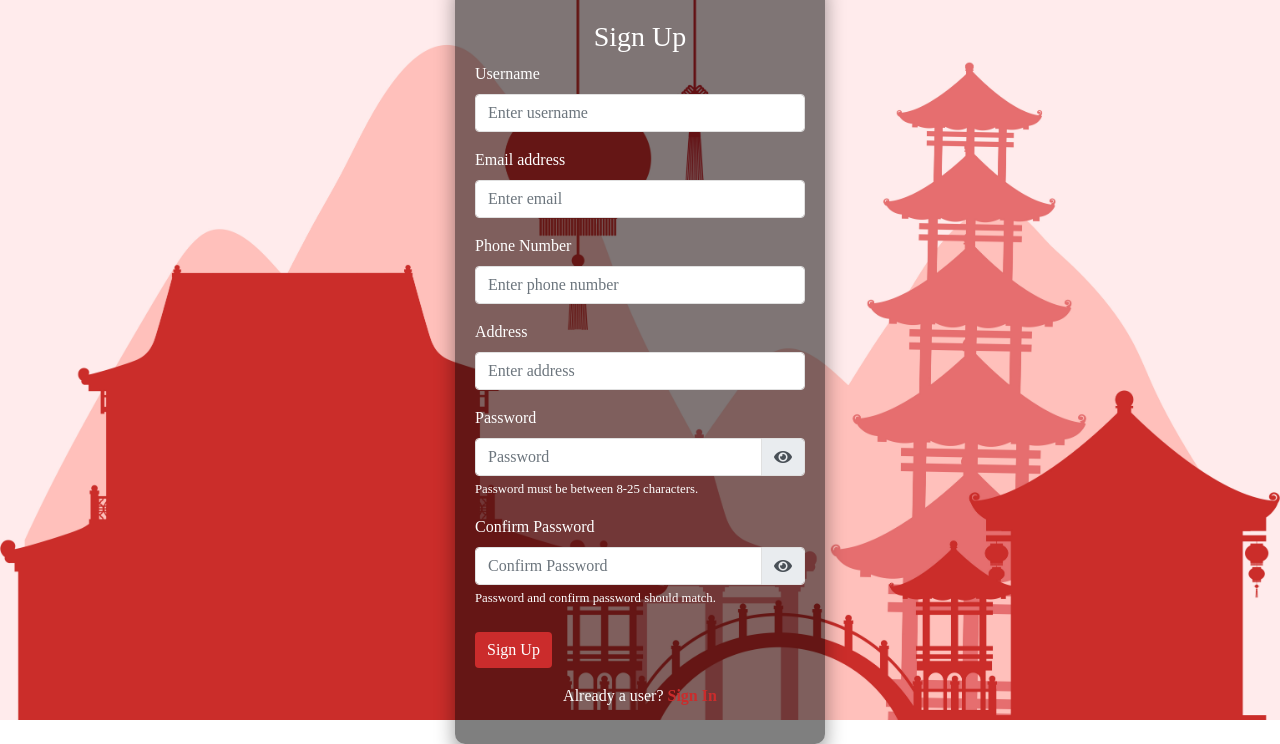
Repository: KARUPPAIYA77/Royal-Kitchen
Page: http://localhost/RoyalKitchen/signUp.jsp
The author's editor kept a copy of each file at every save. The page is drawn from the files as they stood at one save, then again after the next save.
The browser window is 1280 px wide. The pictures show the whole page.
Some web libraries are served in a nearby version. The page is served by Tomcat 9. Other server files are loaded and not shown.

Above is the page before, as saved 2025-03-04 07:01:30.

### RoyalKitchen/src/main/webapp/signUp.jsp

<%@ page contentType="text/html;charset=UTF-8" language="java"%>
<!DOCTYPE html>
<html lang="en">
<head>
<!--
    The character encoding for the HTML document
    <p>Sets the character encoding for the HTML document to UTF-8</p>
    -->
<meta charset="UTF-8">

<!--
    The viewport meta tag controls the layout on mobile browsers.
    <p>Ensures proper rendering and touch zooming for mobile devices</p>
    -->
<meta name="viewport" content="width=device-width, initial-scale=1.0">

<!--
    Favicon link
    <p>Specifies the icon to be used in the browser tab and bookmarks</p>
    -->
<link rel="icon" href="admin/styles/images/favicon.png" type="image/png">
<link
	href="https://cdnjs.cloudflare.com/ajax/libs/font-awesome/5.15.3/css/all.min.css"
	rel="stylesheet">

<!--
    The title of the document
    <p>Displayed on the browser tab</p>
    -->
<title>Sign Up</title>

<!--
    Link to the Bootstrap CSS file
    <p>Includes Bootstrap for styling</p>
    -->
<link
	href="https://stackpath.bootstrapcdn.com/bootstrap/4.5.2/css/bootstrap.min.css"
	rel="stylesheet">

<!--
    Link to the custom stylesheet
    <p>Includes custom styles</p>
    -->
<link rel="stylesheet" href="admin/styles/style.css">
</head>
<body>
	<!--
    Background and container setup
    <p>Centers the sign-up form on the page with a background</p>
    -->
	<div class="bg">
		<div
			class="container d-flex justify-content-center align-items-center my-5">
			<div class="glass-effect col-10 col-md-8 col-lg-6 col-xl-4">
				<!--
                The heading of the sign-up form
                <p>Displayed as the form title</p>
                -->
				<h3 class="text-center mt-4">Sign Up</h3>

				<!--
                The sign-up form
                <p>Collects user details for signing up</p>
                -->
				<form action="signUp" method="post">
    <!-- Username -->
    <div class="form-group">
        <label for="username">Username</label>
        <input type="text" class="form-control" id="username" name="username" placeholder="Enter username" required>
    </div>

    <!-- Email -->
    <div class="form-group">
        <label for="email">Email address</label>
        <input type="email" class="form-control" id="email" name="email" placeholder="Enter email" required>
    </div>

    <!-- Phone Number -->
    <div class="form-group">
        <label for="phonenumber">Phone Number</label>
        <input type="text" class="form-control" id="phonenumber" name="phonenumber" placeholder="Enter phone number" required>
    </div>

    <!-- Address -->
    <div class="form-group">
        <label for="address">Address</label>
        <input type="text" class="form-control" id="address" name="address" placeholder="Enter address" required>
    </div>

    <!-- Password -->
    <div class="form-group">
        <label for="password">Password</label>
        <div class="input-group">
            <input type="password" class="form-control" id="password" name="password" placeholder="Password" required>
            <div class="input-group-append">
                <span class="input-group-text form-control" id="toggle-password" data-toggle="password" data-target="password" style="cursor: pointer;">
                    <i class="fas fa-eye"></i>
                </span>
            </div>
        </div>
        <small class="form-text text-black">Password must be between 8-25 characters.</small>
    </div>

    <!-- Confirm Password -->
    <div class="form-group">
        <label for="confirm-password">Confirm Password</label>
        <div class="input-group">
            <input type="password" class="form-control" id="confirm-password" name="confirmpassword" placeholder="Confirm Password" required>
            <div class="input-group-append">
                <span class="input-group-text form-control" id="toggle-confirm-password" data-toggle="password" data-target="confirm-password" style="cursor: pointer;">
                    <i class="fas fa-eye"></i>
                </span>
            </div>
        </div>
        <small class="form-text text-black">Password and confirm password should match.</small>
    </div>

    <!-- Submit Button -->
    <button type="submit" class="btn btn-danger mt-2">Sign Up</button>
</form>


				<!--
                Link to the sign-in page
                <p>Provides an option for existing users to sign in</p>
                -->
				<p class="text-center mt-3">
					Already a user? <a href="signIn.jsp" class="sign-link">Sign In</a>
				</p>
			</div>
		</div>
	</div>

	<!--
    jQuery library
    <p>Includes the jQuery library for JavaScript functionality</p>
    -->
	<script type="text/javascript" src="admin/styles/password.js"></script>
	<script src="https://code.jquery.com/jquery-3.5.1.slim.min.js"></script>

	<!--
    Popper.js library
    <p>Includes the Popper.js library for positioning tooltips and popovers</p>
    -->
	<script
		src="https://cdn.jsdelivr.net/npm/@popperjs/core@2.5.4/dist/umd/popper.min.js"></script>

	<!--
    Bootstrap JavaScript library
    <p>Includes the Bootstrap JavaScript library for interactive components</p>
    -->
	<script
		src="https://stackpath.bootstrapcdn.com/bootstrap/4.5.2/js/bootstrap.min.js"></script>
</body>
</html>

### RoyalKitchen/src/main/webapp/admin/styles/style.css

@charset "UTF-8";

/**
 * Import Color Variables
 * <p>
 * This statement imports the color variables defined in the 'colors.css' file.
 * These variables are used throughout the stylesheet to ensure consistent color usage
 * and facilitate easy updates to the color scheme.
 * </p>
 */
@import url('colors.css');

/**
 * Global Styles
 * <p>
 * Sets basic styling for the body and html elements, including full height, zero margin,
 * and a custom font family.
 * </p>
 */
body, html {
	height: 100%;
	margin: 0;
	font-family: 'Poiret One', cursive;
}

/**
 * Background and Glass Effect
 * <p>
 * Styles for the background image and glass effect container. The background is set
 * to cover the entire viewport, and the glass effect uses a backdrop filter to create
 * a frosted glass appearance with a shadow for depth.
 * </p>
 */
.bg {
	background-image: url('images/userbg.jpg');
	height: 100%;
	background-position: center;
	background-repeat: no-repeat;
	background-size: cover;
	display: flex;
	justify-content: center;
	align-items: center;
}

.admin {
	background-image: url('images/adminbg.jpg');
	height: 100%;
	background-position: center;
	background-repeat: no-repeat;
	background-size: cover;
	display: flex;
	justify-content: center;
	align-items: center;
}

.glass-effect {
	background: rgba(255, 255, 255, 0.2);
	/* Light background with opacity for dimming */
	border-radius: 10px;
	padding: 20px;
	box-shadow: 0 10px 20px rgba(0, 0, 0, 0.4);
	/* Enhanced shadow effect */
	background-color: rgba(0, 0, 0, 0.5);
	/* Darker background for dimming effect */
	color: white; /* Ensures text is readable on the dark background */
}

/**
 * Form Control Styles
 * <p>
 * Styles for form controls including border colors and focus states. Utilizes primary
 * color variables for consistent theming.
 * </p>
 */
.form-control {
	border-color: var(--color-light-gray);
}

.form-control:focus {
	border-color: var(--color-light-gray);
	box-shadow: 0 0 0 0.2rem var(--rgba-primary);
	/* Use variable for rgba shadow */
}

/**
 * Button Styles
 * <p>
 * Defines styles for buttons, including default and hover states. Uses primary colors
 * and adjusts padding, border radius, and background color on hover.
 * </p>
 */
button {
	background-color: var(--color-primary);
	border: none;
	color: #fff;
	padding: 10px 20px;
	border-radius: 5px;
}

button:hover {
	background-color: var(--color-muted);
}

/**
 * Danger Button Styles
 * <p>
 * Styles for buttons with the 'btn-danger' class, including default and hover states.
 * </p>
 */
.btn-danger {
	background-color: var(--color-primary);
	border: none;
}

.btn-danger:hover {
	background-color: var(--color-hover);
}

/**
 * Sign Link Styles
 * <p>
 * Styles for sign-up and sign-in links, including default and hover states. Links
 * are styled to match the primary color with bold text and underline on hover.
 * </p>
 */
.sign-link {
	color: var(--color-primary);
	font-weight: bold;
	text-decoration: none;
}

.sign-link:hover {
	color: var(--color-primary);
	font-weight: bold;
	text-decoration: underline;
}

/**
 * Button Focus Styles
 * <p>
 * Removes the default box shadow on button focus to prevent
 * the default outline appearance and ensure a clean, consistent look.
 * </p>
 */
button:focus {
	box-shadow: none !important;
}

a:focus {
	box-shadow: none !important;
}

.logout-btn {
	position: absolute;
	top: 20px;
	right: 20px;
	z-index: 1000;
}

@media ( min-width : 992px) {
	/* Bootstrap's lg breakpoint starts at 992px */
	.custom-styles {
		margin-left: 1rem; /* Adjust to your desired value */
		box-shadow: 0 10px 20px rgba(0, 0, 0, 0.6);
	}
}

### RoyalKitchen/src/main/webapp/admin/styles/password.js

/**
 * Password Visibility Toggle
 * <p>
 * This script toggles the visibility of password fields when a user clicks on
 * the associated toggle icon. It changes the type attribute of the password
 * field between 'password' and 'text', and updates the icon class to reflect
 * the current state (eye or eye-slash).
 * </p>
 */
document.addEventListener('DOMContentLoaded', function () {
    var passwordToggles = document.querySelectorAll('[data-toggle="password"]');

    passwordToggles.forEach(function (toggle) {
        toggle.addEventListener('click', function () {
            var targetId = toggle.getAttribute('data-target');
            var passwordField = document.getElementById(targetId);
            var icon = toggle.querySelector('i');

            // Toggle the type attribute
            if (passwordField.type === 'password') {
                passwordField.type = 'text';
                icon.classList.remove('fa-eye');
                icon.classList.add('fa-eye-slash');
            } else {
                passwordField.type = 'password';
                icon.classList.remove('fa-eye-slash');
                icon.classList.add('fa-eye');
            }
        });
    });
});

### RoyalKitchen/src/main/webapp/admin/styles/colors.css

@charset "UTF-8";

/**
 * CSS Variables for colors.
 * <p>
 * This file contains all the color variables used throughout the project.
 * Colors are defined for various UI elements, including primary, secondary, and additional colors.
 * RGBA values are also included for shadows and overlays.
 * </p>
 */

/* Solid Colors */
:root {
	--color-primary: #cb2c2c;
	--color-hover: #e66e6f;
	--color-secondary: #e36c6c;
	--color-tertiary: #fbbbbb;
	--color-light: #fbebeb;
	--color-muted: #ec8c8a;
	--color-background: #fbc4bd;
	--color-accent: #f6aaa6;
	--color-dark: #d75c6d;
	--color-highlight: #facbcc;
	--color-overlay: #ecd4d4;

	--color-light-green: #e8f5e9;
	--color-light-green-hover: #d0f0c0;
	--color-light-blue: #add8e6;
	--color-light-coral: #f08080;
	--color-light-coral-hover: #f6aaa6;
	--color-dark-text: #333;
	--color-light-gray: #e0e0e0;

	--rgba-black-full: rgba(0, 0, 0, 1);
	--rgba-shadow-light: rgba(0, 0, 0, 0.1);
	--rgba-shadow-dark: rgba(0, 0, 0, 0.2);
}

After the next save:
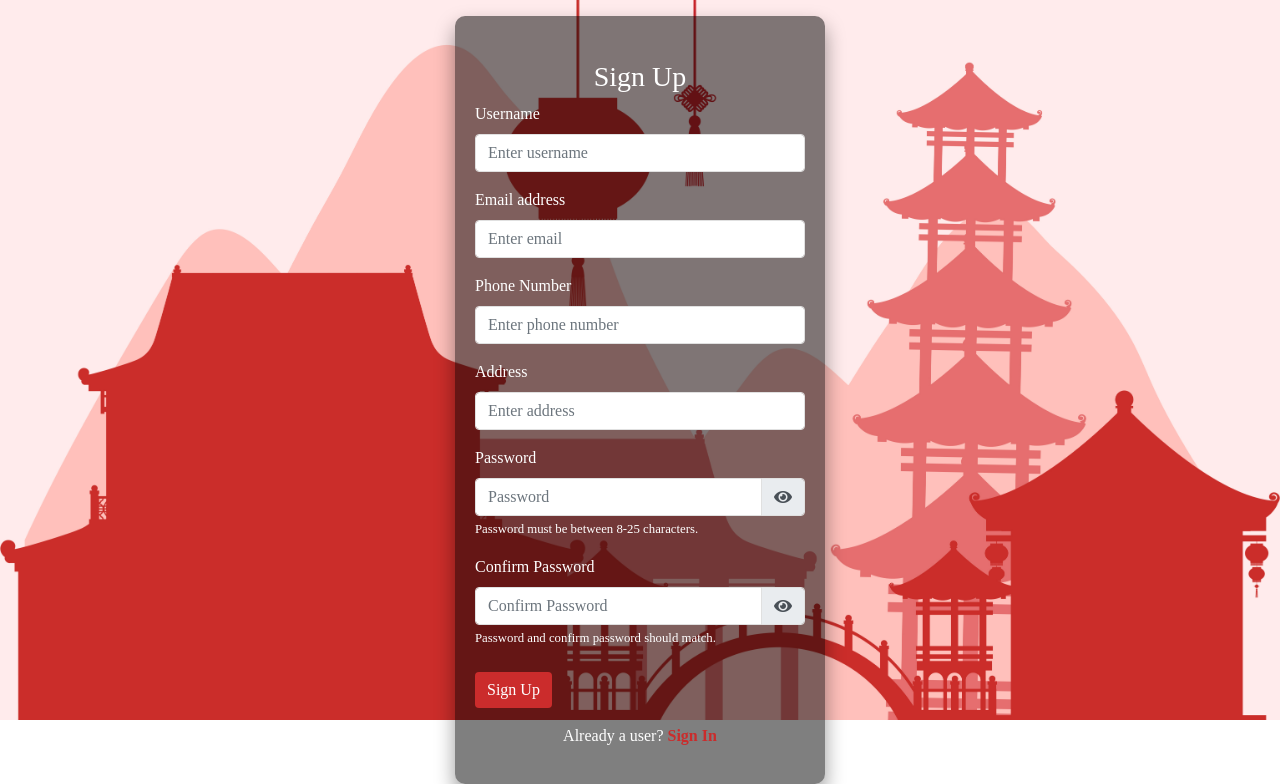
Saved 5 min 27 s later.
--- a/RoyalKitchen/src/main/webapp/admin/styles/style.css
+++ b/RoyalKitchen/src/main/webapp/admin/styles/style.css
@@ -55,6 +55,7 @@
 }
 
 .glass-effect {
+	margin-top: 5rem;
 	background: rgba(255, 255, 255, 0.2);
 	/* Light background with opacity for dimming */
 	border-radius: 10px;

After the save that followed:
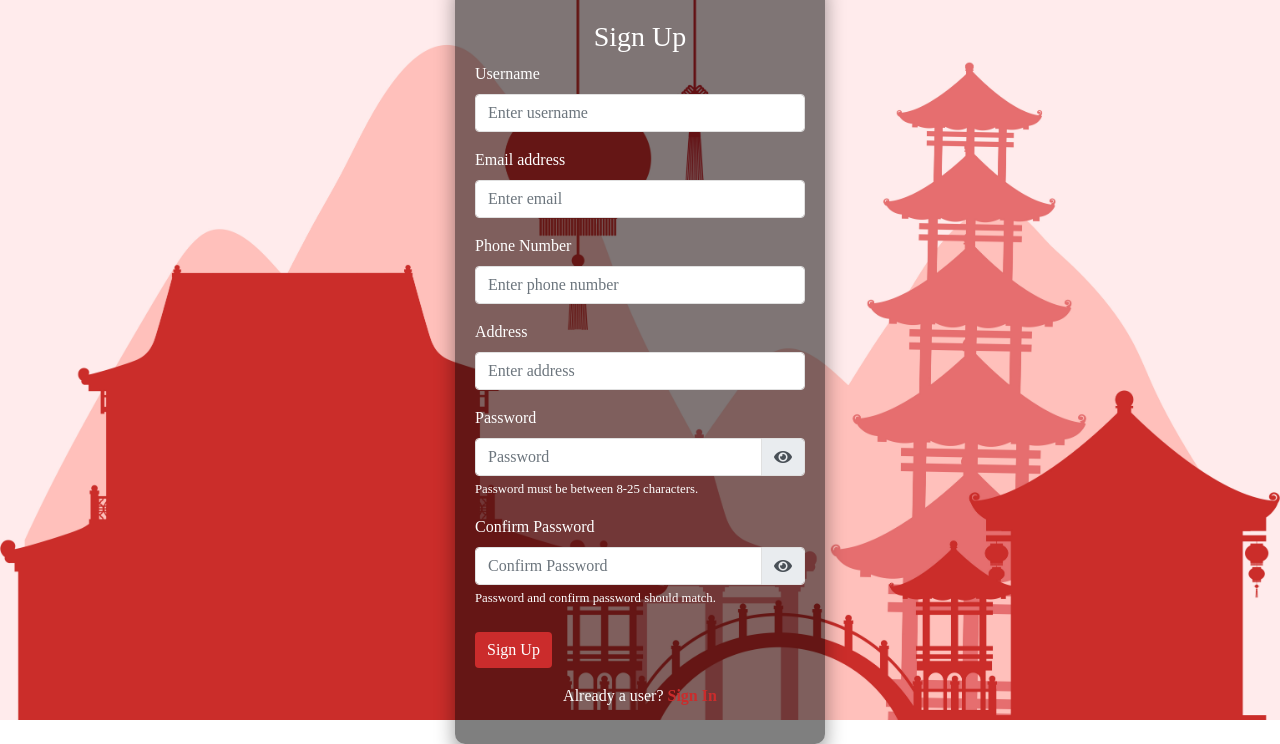
Saved 4 min 40 s later.
--- a/RoyalKitchen/src/main/webapp/admin/styles/style.css
+++ b/RoyalKitchen/src/main/webapp/admin/styles/style.css
@@ -55,7 +55,7 @@
 }
 
 .glass-effect {
-	margin-top: 5rem;
+	padding-top: 5rem;
 	background: rgba(255, 255, 255, 0.2);
 	/* Light background with opacity for dimming */
 	border-radius: 10px;
